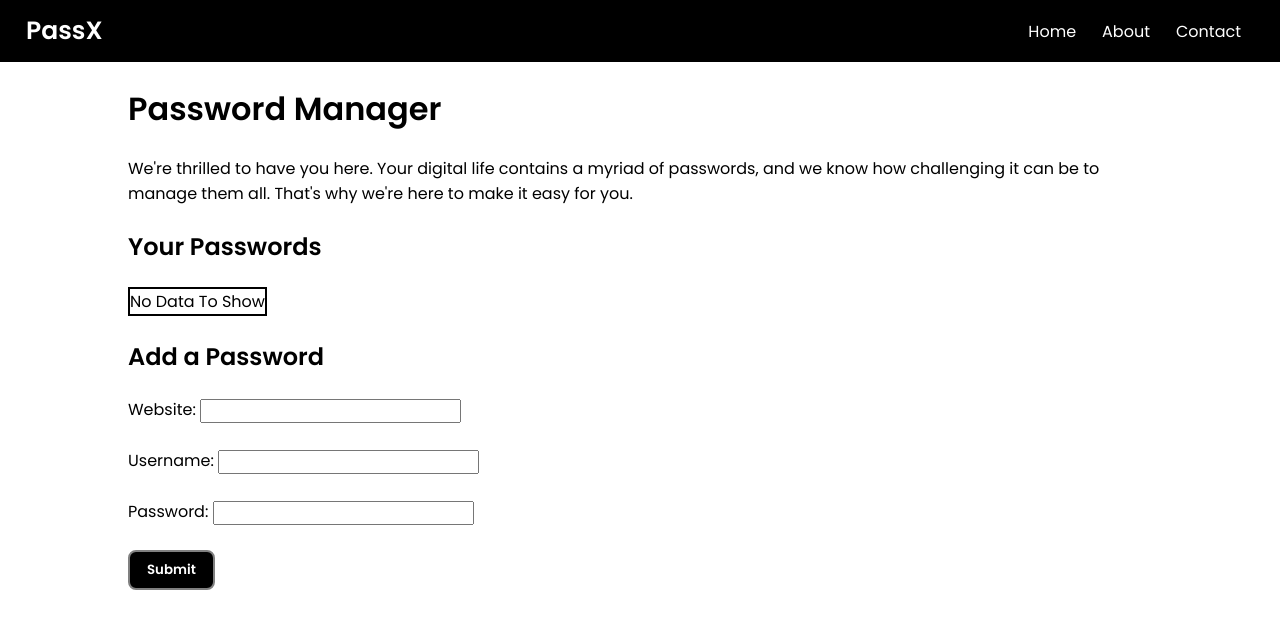
Repository: Abhi2807ar/PASSWORD-MANAGER
Page: index.html
These files come from the project's save history. The page is drawn as it stood at one moment and after the next save; the edit follows.
The browser window is 1280 px wide. The pictures show the whole page.

Above is the page before, as saved 2024-10-14 18:44:49.

After the next save:
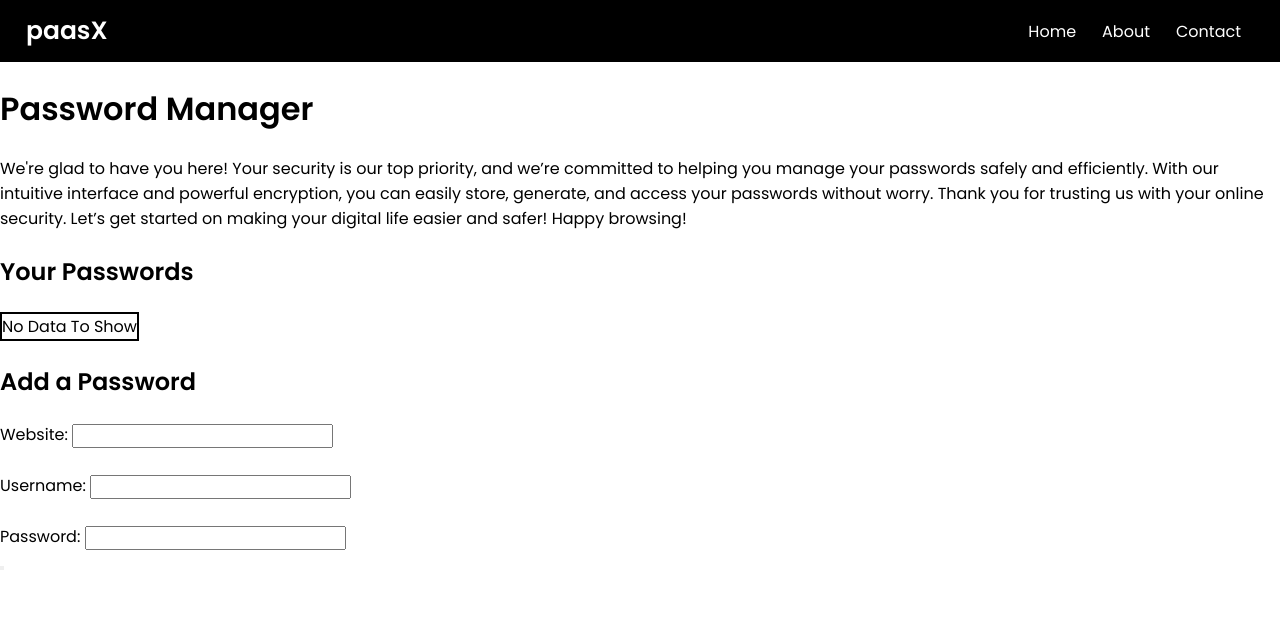
Console error: TypeError: Cannot read properties of null (reading 'addEventListener')
Saved 45 s later.
--- a/index.html
+++ b/index.html
@@ -1,46 +1,49 @@
-
 <!DOCTYPE html>
 <html lang="en">
-
 <head>
     <meta charset="UTF-8">
     <meta name="viewport" content="width=device-width, initial-scale=1.0">
-    <title>PassX - Your Personal Password Manager</title>
-    <link rel="stylesheet" href="style.css">
+    <title>Documentx</title>
+  <link rel="stylesheet" href="style.css">
+
 </head>
 
 <body>
     <nav>
-        <div class="logo">PassX</div>
+        <div class="logo">paasX</div>
         <ul>
             <li>Home</li>
             <li>About</li>
             <li>Contact</li>
+
         </ul>
+
     </nav>
-    <div class="container">
+    <div class="'container">
         <h1>Password Manager</h1>
-        <p>We're thrilled to have you here. Your digital life contains a myriad of passwords, and we know how
-            challenging it can be to manage them all. That's why we're here to make it easy for you.</p>
+        <p> We're glad to have you here! Your security is our top priority,
+             and we’re committed to helping you manage your passwords safely and efficiently.
+              With our intuitive interface and powerful encryption, you can easily store, generate, and access your passwords without worry.
+Thank you for trusting us with your online security. Let’s get started on making your digital life easier and safer!
+Happy browsing!
+        </p>
         <h2>Your Passwords <span id="alert">(Copied!)</span></h2>
+
         <table>
             <tr>
-                <th>Website</th>
-                <th>Username</th>
-                <th>Password</th>
-                <th>Delete</th>
+              <th>website</th>
+              <th>username</th>
+              <th>Password</th>
+              <th>Delete</th>
             </tr>
 
-        </table>
-
+          </table>
         <h2>Add a Password</h2>
         <form action="/submit" method="post">
-
-            <!-- Text input for website -->
+ <!-- Text input for website -->
             <label for="website">Website:</label>
             <input type="text" id="website" name="website" required>
             <br><br>
-
             <!-- Text input for username -->
             <label for="username">Username:</label>
             <input type="text" id="username" name="username" required>
@@ -50,11 +53,12 @@
             <label for="password">Password:</label>
             <input type="password" id="password" name="password" required>
             <br>
+
             <!-- Submit button -->
-            <button class="btn" type="submit">Submit</button>
-        </form>
+           <button class="'btn" type="submit"></button>
+                </form>
     </div>
-    <script src="script.js"></script>
+    <script src="index.js"></script>
+
 </body>
-
 </html>

After the save that followed:
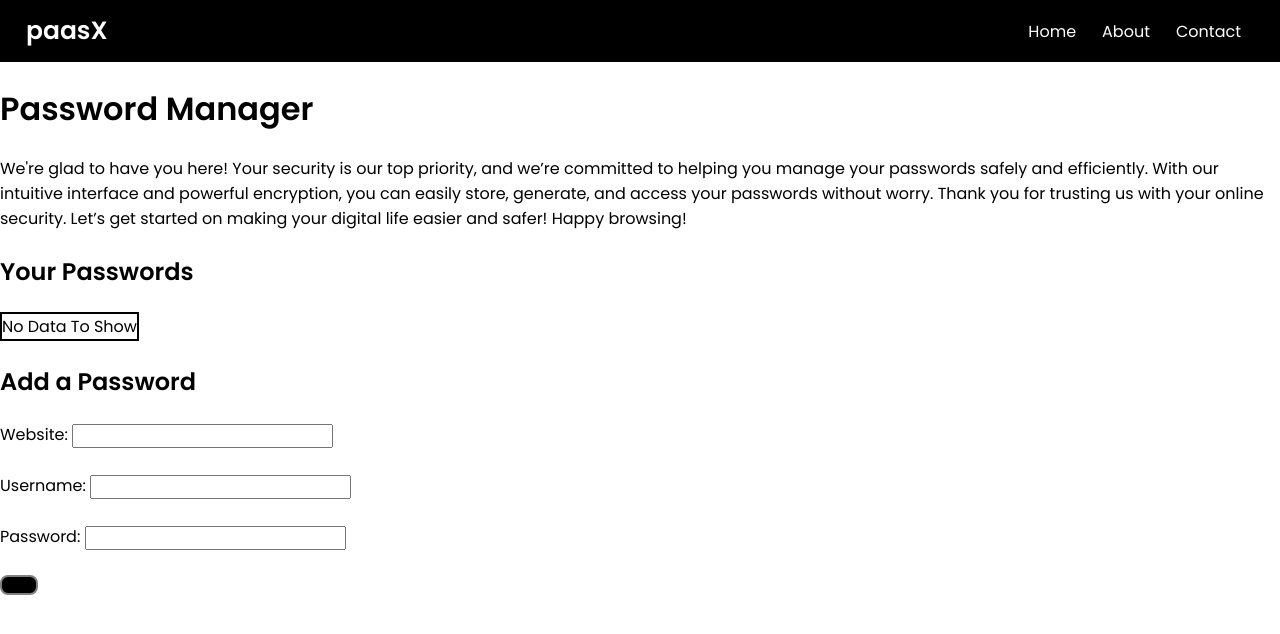
The error is gone.
Saved 80 s later.
--- a/index.html
+++ b/index.html
@@ -55,7 +55,7 @@
             <br>
 
             <!-- Submit button -->
-           <button class="'btn" type="submit"></button>
+           <button class="btn" type="submit"></button>
                 </form>
     </div>
     <script src="index.js"></script>
